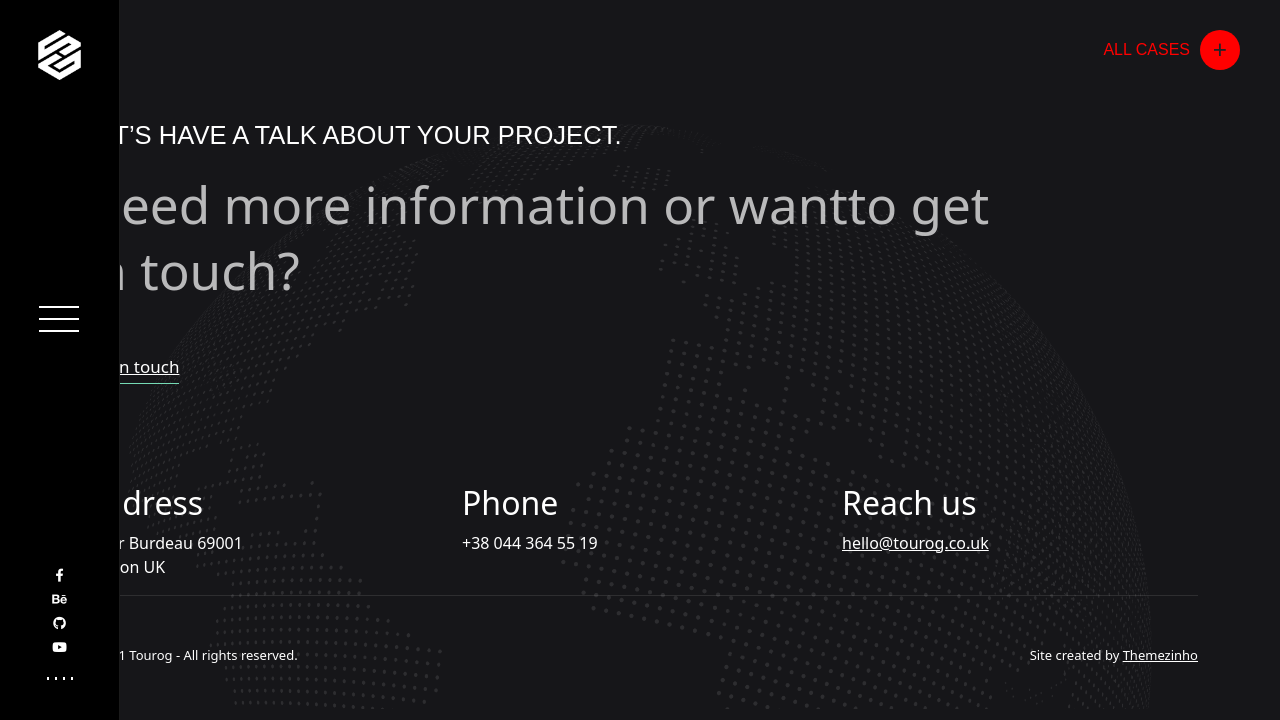
Repository: minhtien1808/Project-Fe1
Page: index1.html
An editor plug-in stored every save of this project. The page is shown before and after the next save, followed by the edit.
The browser window is 1280 px wide. The pictures show the whole page.
Some web libraries are served in a nearby version.

Above is the page before, as saved 2022-07-11 16:01:20.

After the next save:
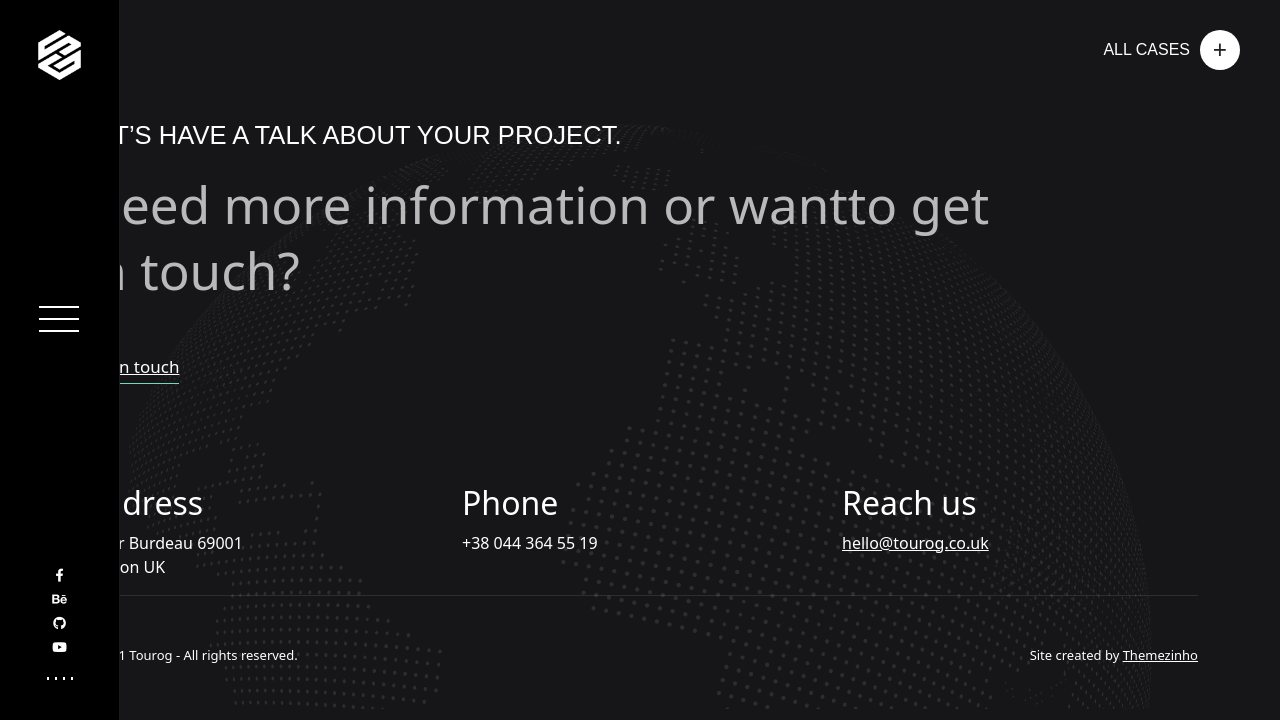
Saved 25 s later.
--- a/public/css/style1.css
+++ b/public/css/style1.css
@@ -287,7 +287,7 @@
   justify-content: flex-end;
 }
 .all-cases-link span {
-  color: red;
+  color: #fff;
   font-family: "Fjalla One", sans-serif;
   margin-right: 10px;
 }
@@ -299,7 +299,7 @@
   display: flex;
   align-items: center;
   justify-content: center;
-  background: red;
+  background: #fff;
   color: #222327;
   text-align: center;
   border-radius: 50%;
